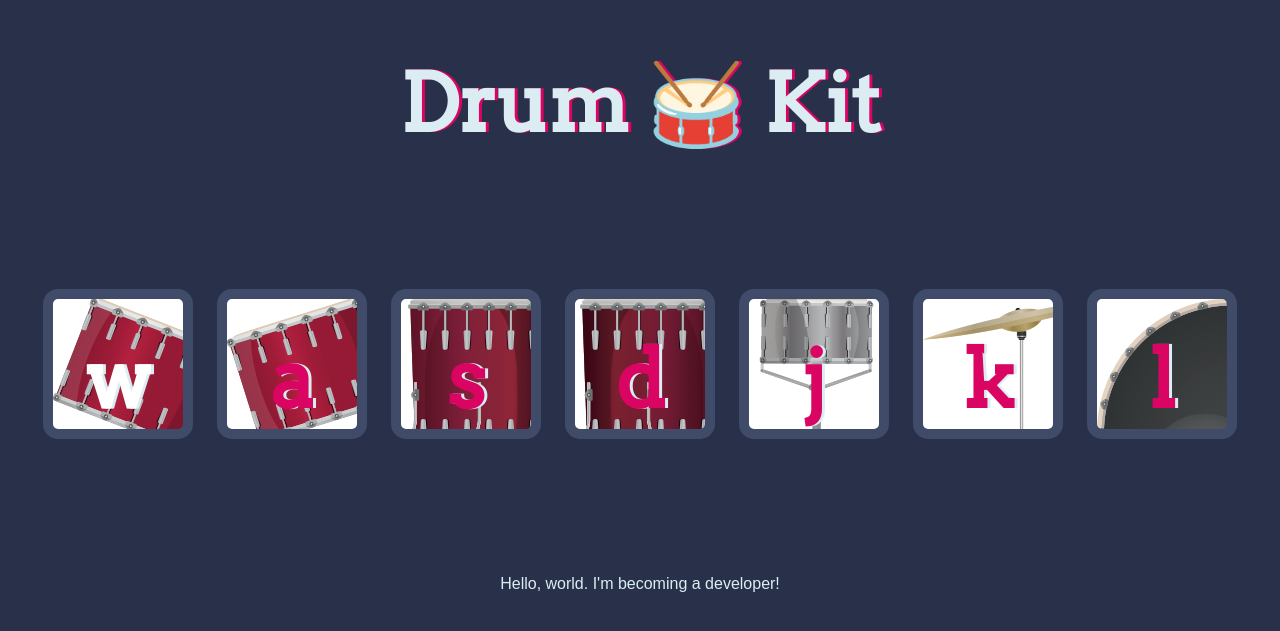
Repository: doncsar/yu-frontend-bootcamp
Page: 17-drumkit/index.html
These files come from the project's save history. The page is drawn as it stood at one moment and after a run of saves; the edit follows.
The browser window is 1280 px wide. The pictures show the whole page.
After loading, the first visible `button.w` was clicked once.

Above is the page before, as saved 2024-01-27 19:33:07.

After the next 2 saves:
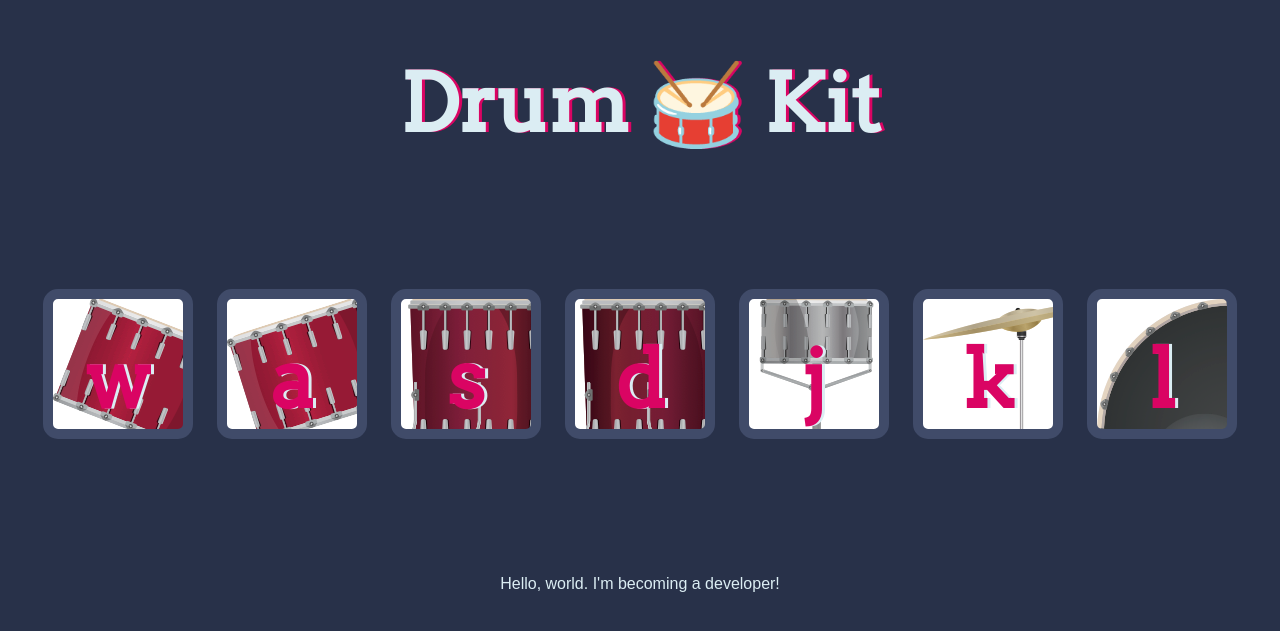
The 2 saves are shown as one change because they came seconds apart.
The last was saved 8 s later.
--- a/17-drumkit/script.js
+++ b/17-drumkit/script.js
@@ -4,7 +4,7 @@ function handleCLick() {
    let buttonId = this.innerHTML;
    console.log(buttonId);
    this.style.color = 'white'
-   setTimeout()
+   setTimeout(this.style.color = '')
    // const drumSound = new Audio('resources/sounds/tom-1.mp3')
    // drumSound.play()
 }
